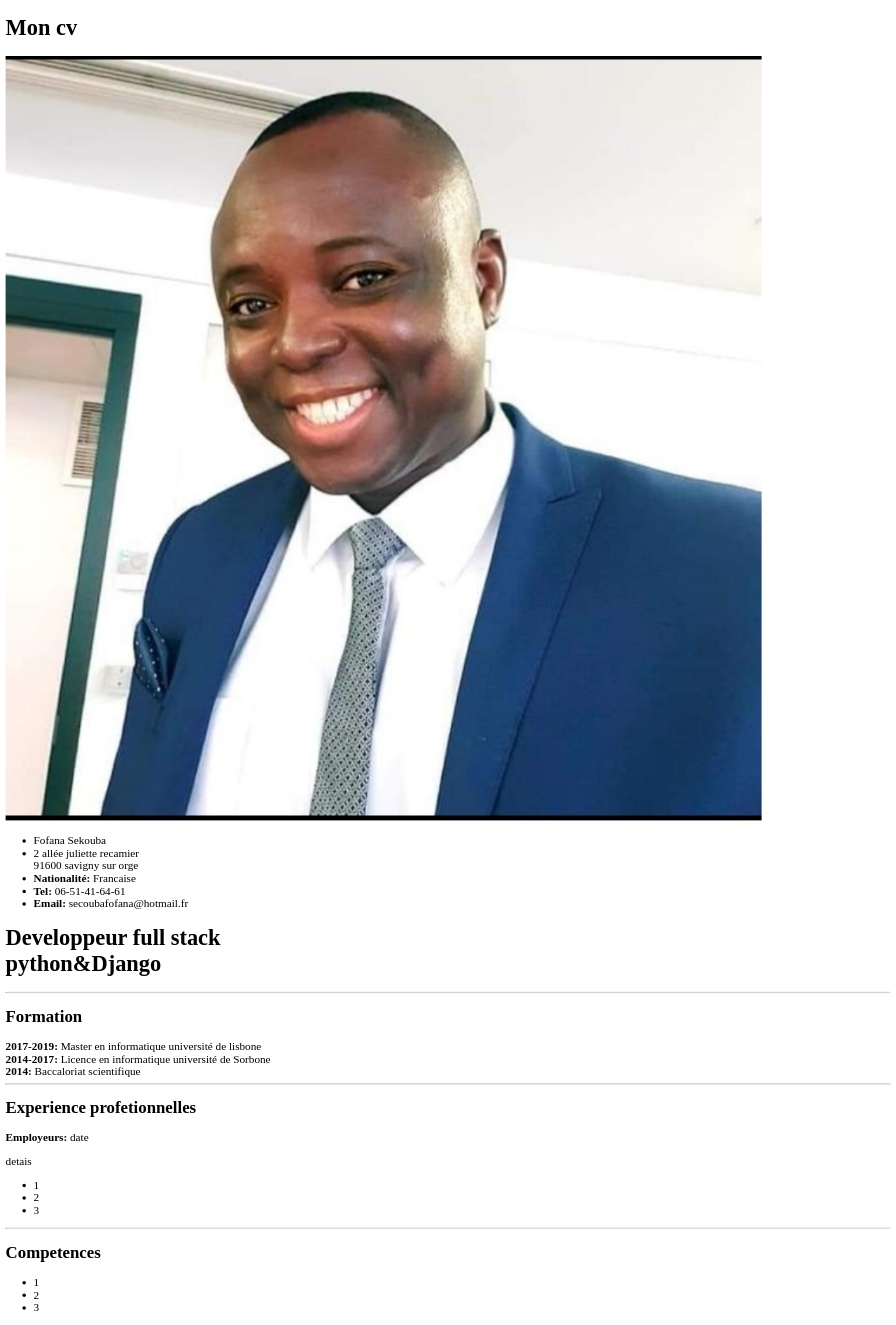
Repository: lamdakara/cv-html
Page: index.html
An editor plug-in stored every save of this project. The page is shown before and after the next save, followed by the edit.
The browser window is 1280 px wide. The pictures show the whole page, at 70% of full size.

Above is the page before, as saved 2023-08-22 01:19:11.

### index.html
<!DOCTYPE html>
<html lang="fr">
<head>
    <meta charset="UTF-8">
    <meta name="viewport" content="width=device-width, initial-scale=1.0">
    <title>Cv-html-Sekouba</title>
</head>
<body>
    <h1>Mon cv</h1>
    <div>
        <img src="profil.jpg/1661794008238.jpg" alt="image de profil">
    <ul>
        <li>Fofana Sekouba</li>
        <li>2 allée juliette recamier <br>91600 savigny sur orge </li>
        <li><strong>Nationalité:</strong> Francaise</li>
        <li><strong>Tel:</strong> 06-51-41-64-61</li>
        <li><strong>Email:</strong> secoubafofana@hotmail.fr</li>
    </ul>
</div>
    <!-- titre h1 -->
    <h1>Developpeur full stack  <br> python&Django</h1>

    <hr>
    <div>
    <h2>Formation</h2>
    <strong>2017-2019:</strong>
    <span>Master en informatique université de lisbone</span>

    <br>

    <strong>2014-2017:</strong>
    <span>Licence en informatique université de Sorbone</span>

    <br>

    <strong>2014:</strong>
    <span>Baccaloriat scientifique</span>

    </div>
    <div>
    <hr>
    <div>
    <h2>Experience profetionnelles</h2>
    <strong>Employeurs:</strong>
    <span>date</span>
    <p>detais</p>
    <ul>
        <li>1</li>
        <li>2</li>
        <li>3</li>
    </ul>
    </div>

 <div>
    <hr>

    <h2>Competences</h2>
    <ul>
        <li>1</li>
        <li>2</li>
        <li>3</li>
    </ul>
</div>
</body>
</html>

After the next save:
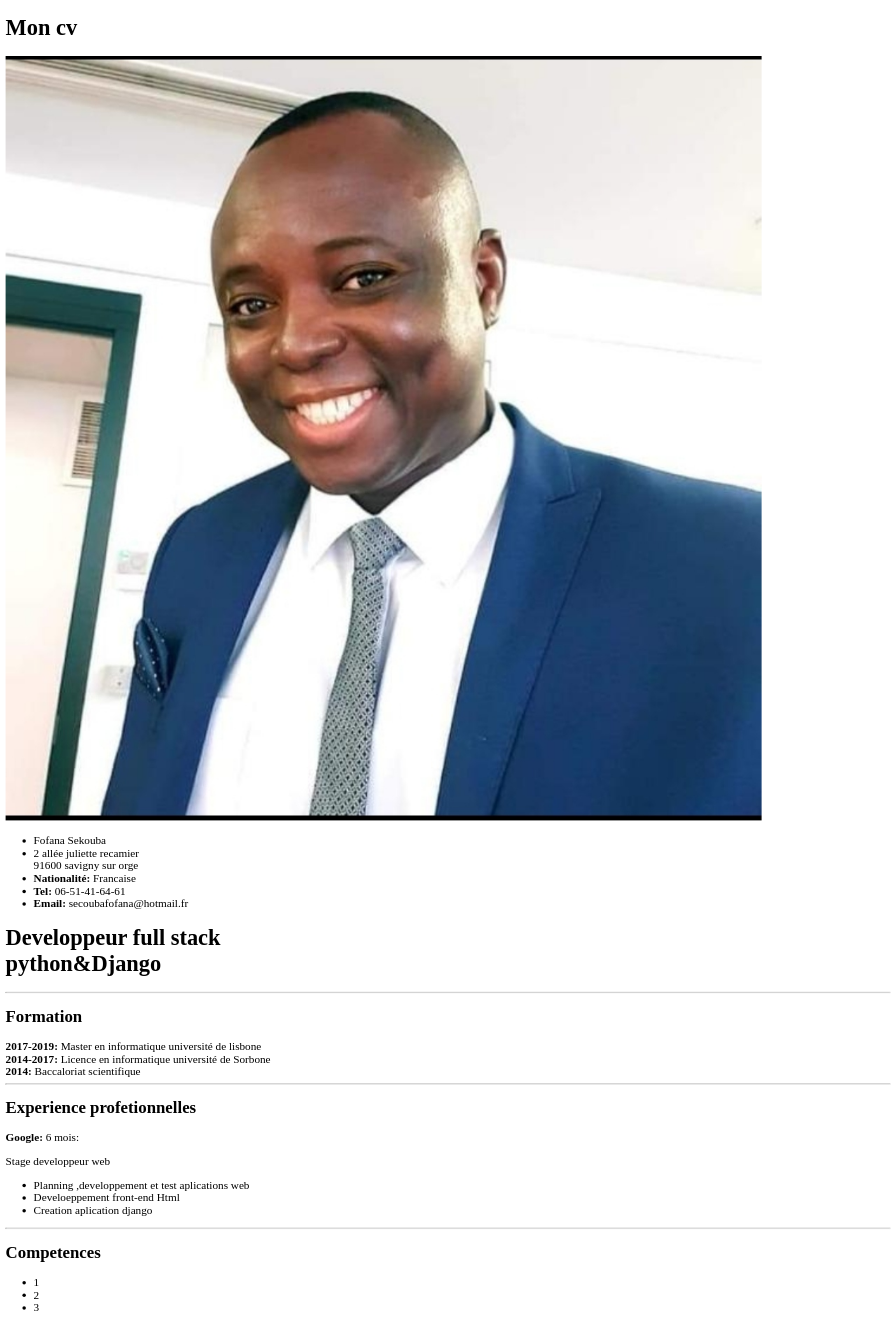
Saved 6 min 14 s later.
--- a/index.html
+++ b/index.html
@@ -41,13 +41,13 @@
     <hr>
     <div>
     <h2>Experience profetionnelles</h2>
-    <strong>Employeurs:</strong>
-    <span>date</span>
-    <p>detais</p>
+    <strong>Google:</strong>
+    <span>6 mois:</span>
+    <p>Stage developpeur web</p>
     <ul>
-        <li>1</li>
-        <li>2</li>
-        <li>3</li>
+        <li>Planning ,developpement et test aplications web</li>
+        <li>Develoeppement front-end Html</li>
+        <li>Creation aplication django</li>
     </ul>
     </div>
 
